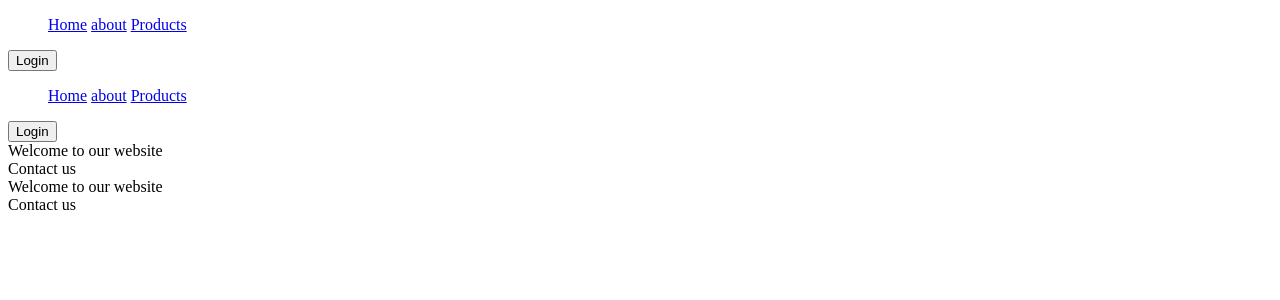
Repository: Sanaa00/svelte-test
Page: /
These files come from the project's save history. The page is drawn as it stood at one moment and after the next save; the edit follows.
The browser window is 1280 px wide. The pictures show the whole page.
The project was rebuilt for these pictures with package versions that can differ from the ones it lists, and the page was loaded fresh each time. The framework's server and built-in components were replaced by stand-ins that run in the browser. Also part of the build but not shown: svelte.config.js, vite.config.js.

Above is the page before, as saved 2024-12-08 20:05:03.

### src/routes/+layout.svelte
<script>
	import Navbar from '../component/Navbar.svelte';
	import Footer from '../component/Footer.svelte';
</script>

<Navbar />
<slot />
<Footer />

### src/routes/+page.svelte
<script>
	import Footer from '../component/Footer.svelte';
	import Navbar from '../component/Navbar.svelte';
</script>

<Navbar />
<slot />
<Footer />

### src/component/Navbar.svelte
<script>
</script>

<nav class="flex h-16 w-full items-center justify-between bg-cyan-800 px-60">
	<ul class="flex">
		<a href="/" class="px-4 font-semibold text-gray-50">Home</a>
		<a href="/About" class="px-4 font-semibold text-gray-50">about</a>
		<a href="/Product" class="px-4 font-semibold text-gray-50">Products</a>
	</ul>
	<button
		class="rounded-sm bg-gray-50 px-4 py-1 font-semibold text-cyan-800
           ">Login</button
	>
</nav>

### src/component/Footer.svelte
<script>
</script>

<main class="flex h-60 justify-between bg-cyan-800 px-60">
	<div>Welcome to our website</div>

	<div>Contact us</div>
</main>

Loaded but not shown: src/app.html (common file)

After the next save:
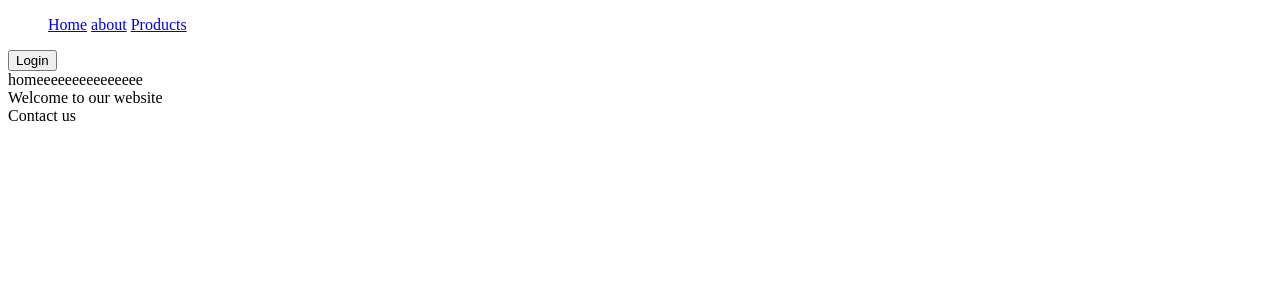
Saved 9 s later.
--- a/src/routes/+page.svelte
+++ b/src/routes/+page.svelte
@@ -1,8 +1 @@
-<script>
-	import Footer from '../component/Footer.svelte';
-	import Navbar from '../component/Navbar.svelte';
-</script>
-
-<Navbar />
-<slot />
-<Footer />
+homeeeeeeeeeeeeeee
